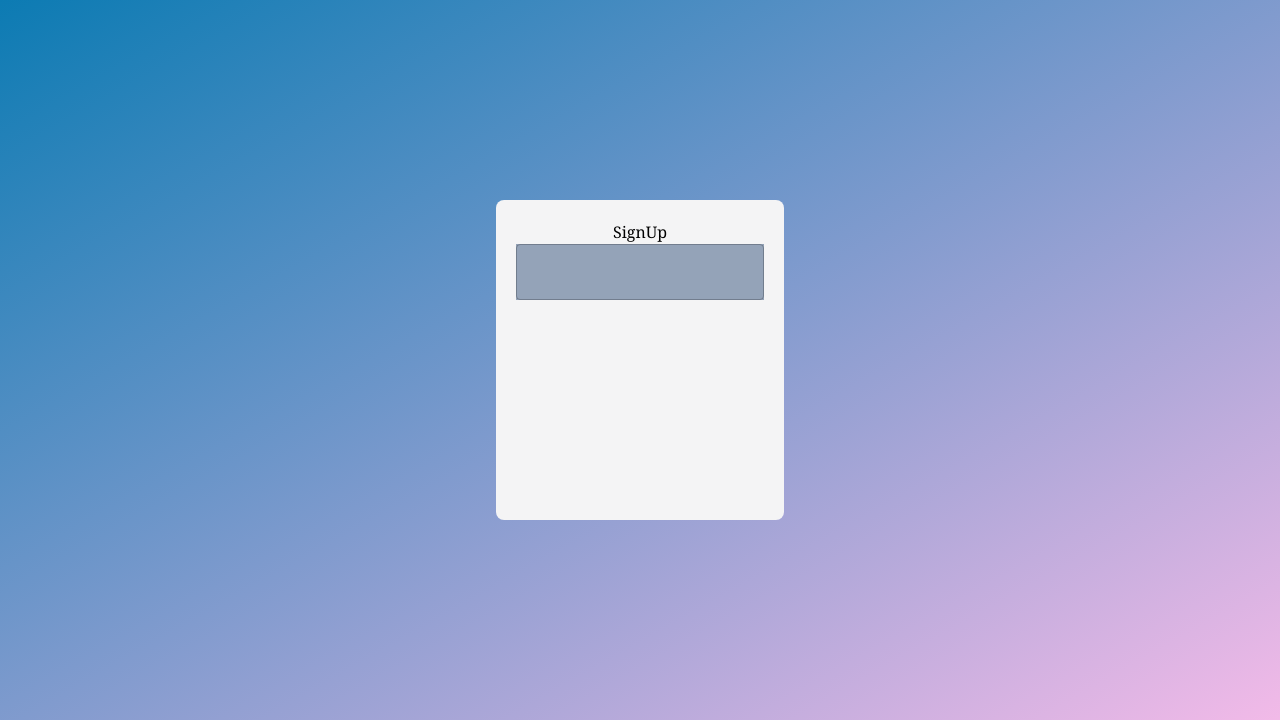
Repository: dhanapal2205/sazsfinance
Page: /SignUp
An editor plug-in stored every save of this project. The page is shown before and after the next save, followed by the edit.
The browser window is 1280 px wide. The pictures show the whole page.
The project was rebuilt for these pictures with package versions that can differ from the ones it lists, and the page was loaded fresh each time. The framework's server and built-in components were replaced by stand-ins that run in the browser. Also part of the build but not shown: next.config.js.

Above is the page before, as saved 2023-04-07 10:59:10.

### pages/SignUp.js
import { TextField } from '@mui/material'
import React from 'react'

const SignUp = () => {
  return (
    <div className=' bg-gradient-to-tl from-[#F2BAE8]  to-[#0C7BB3]  h-screen flex'>

     <div className=' w-72 h-80 bg-zinc-100  rounded-lg m-auto justify-center'>
      <div className='place-items-center flex flex-col mt-5 ' >
        <p className='font-sans md:font-serif ' > SignUp</p>
<TextField className='bg-slate-400 hover:bg-white place-content-center  label="FirstName"
          id="standard-size-small"
          defaultValue="Small"
          size="small"
          variant="standard" ' />


      </div>

     </div>

      </div>



  )
}

export default SignUp

Loaded but not shown: pages/_app.js (common file); pages/_document.js (common file); styles/globals.css (common file); tailwind.config.js (common file)

After the next save:
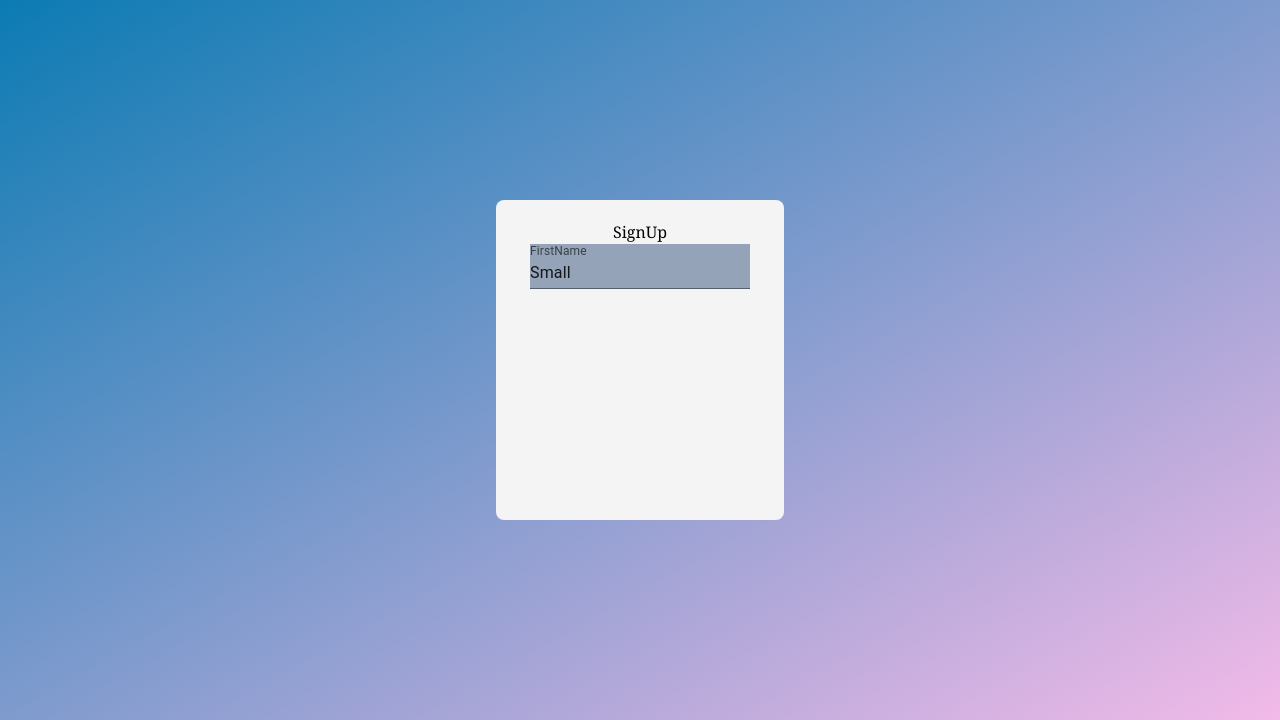
Saved 38 s later.
--- a/pages/SignUp.js
+++ b/pages/SignUp.js
@@ -8,11 +8,11 @@ const SignUp = () => {
      <div className=' w-72 h-80 bg-zinc-100  rounded-lg m-auto justify-center'>
       <div className='place-items-center flex flex-col mt-5 ' >
         <p className='font-sans md:font-serif ' > SignUp</p>
-<TextField className='bg-slate-400 hover:bg-white place-content-center  label="FirstName"
+<TextField className='bg-slate-400 hover:bg-white place-content-center ' label="FirstName"
           id="standard-size-small"
           defaultValue="Small"
           size="small"
-          variant="standard" ' />
+          variant="standard"  />
 
 
       </div>
